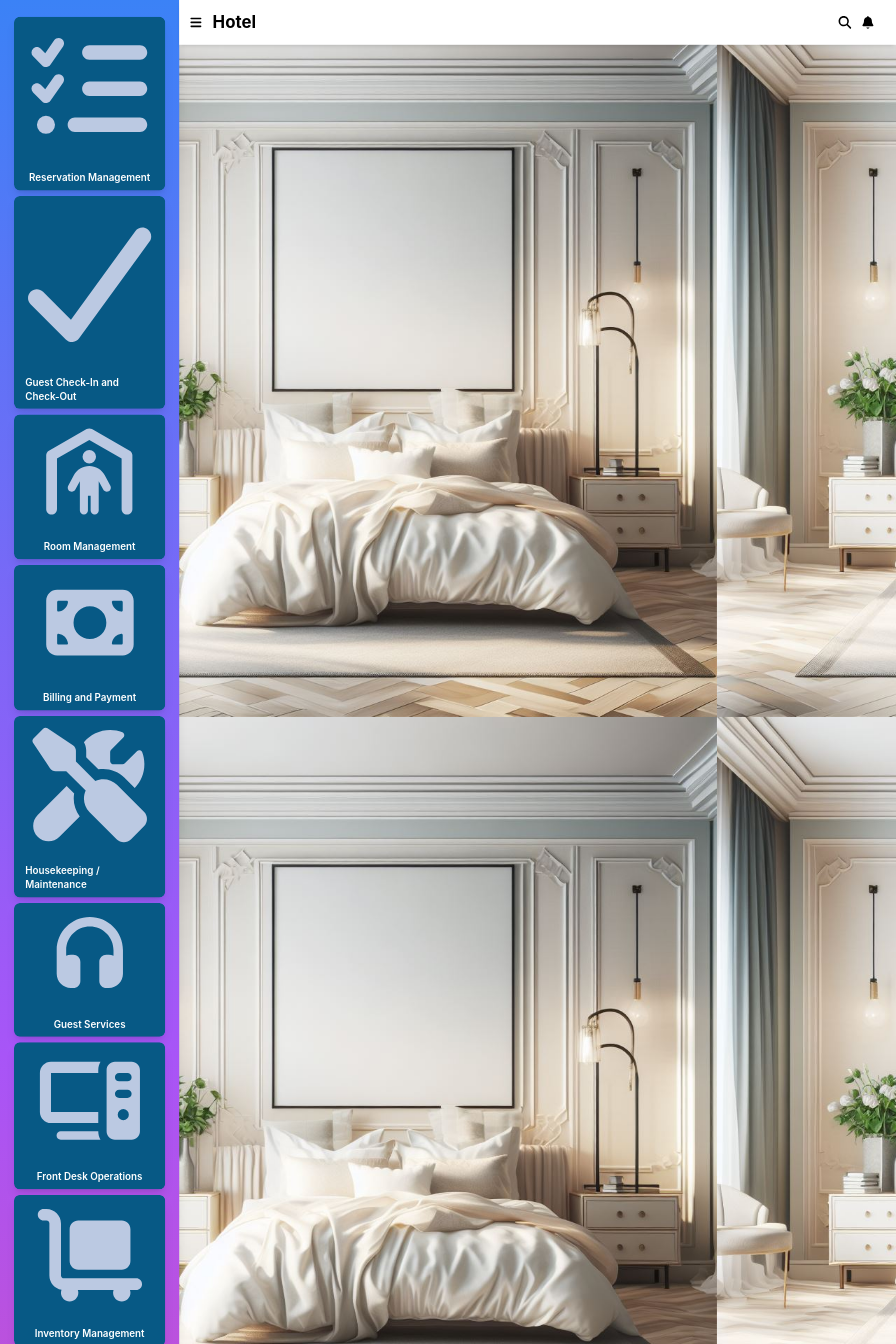
Repository: musabismael/Hotel
Page: /
The author's editor kept a copy of each file at every save. The page is drawn from the files as they stood at one save, then again after the next save.
The browser window is 1280 px wide. The pictures show the part of the page from y = 0 to 1920 px (the page is 3016 px tall before and 3095 px after), at 70% of full size.
The project was rebuilt for these pictures with package versions that can differ from the ones it lists, and the page was loaded fresh each time. Also part of the build but not shown: vite.config.js, src/App.css, src/pages/ReservationManagement.jsx, src/pages/GuestCheckInOut.jsx, src/pages/RoomManagement.jsx, src/pages/BillingPayment.jsx, src/pages/HousekeepingMaintenance.jsx, src/pages/GuestServices.jsx and 6 more.

Above is the page before, as saved 2023-10-01 19:06:25.

### index.html
<!doctype html>
<html lang="en">
  <head>
    <meta charset="UTF-8" />
    <link rel="icon" type="image/svg+xml" href="/vite.svg" />
    <meta name="viewport" content="width=device-width, initial-scale=1.0" />
    <title>Hotel</title>
  </head>
  <body>
    <div id="root"></div>
    <script type="module" src="/src/main.jsx"></script>
  </body>
</html>

### src/App.jsx
import "./App.css";
import { createBrowserRouter } from "react-router-dom";
import { RouterProvider } from "react-router";
import LandingPageLayout from "./layouts/LandingPageLayout";
import ReservationManagement from "./pages/ReservationManagement";
import GuestCheckInOut from "./pages/GuestCheckInOut";
import RoomManagement from "./pages/RoomManagement";
import BillingPayment from "./pages/BillingPayment";
import HousekeepingMaintenance from "./pages/HousekeepingMaintenance";
import GuestServices from "./pages/GuestServices";
import FrontDeskOperations from "./pages/FrontDeskOperations";
import InventoryManagement from "./pages/InventoryManagement";
import ReportingAnalytics from "./pages/ReportingAnalytics";
import SecurityAccessControl from "./pages/SecurityAccessControl";
import PointOfSale from "./pages/PointOfSale";
import CRM from "./pages/CRM"; // Import the CRM component
const router = createBrowserRouter([
  {
    path: "/",
    element: <LandingPageLayout />,
    children: [
      {
        path: "/reservation_management",
        element: <ReservationManagement />,
      },
      {
        path: "/guestCheckInOut",
        element: <GuestCheckInOut />,
      },
      {
        path: "/billing_and_payment",
        element: <BillingPayment />,
      },
      {
        path: "/room_management",
        element: <RoomManagement />,
      },
      {
        path: "/housekeeping_maintenance",
        element: <HousekeepingMaintenance />,
      },
      {
        path: "/guest_services",
        element: <GuestServices />,
      }, {
        path: "/desk_operations",
        element: <FrontDeskOperations />,
      }, {
        path: "/security_control",
        element: <SecurityAccessControl />,
      },
      {
        path: "/reporting_and_analytics",
        element: <ReportingAnalytics />,
      }, {
        path: "/inventory_management",
        element: <InventoryManagement />,
      },
      {
        path: "/pos",
        element: <PointOfSale />,
      },
      {
        path: "/crm",
        element: <CRM />,
      },
    ],
  },
]);

const App = () => <RouterProvider router={router} />;
export default App;

### src/index.css
@tailwind base;
@tailwind components;
@tailwind utilities;

:root {
  font-family: Inter, system-ui, Avenir, Helvetica, Arial, sans-serif;
  line-height: 1.5;
  font-weight: 400;
  background-image: url("cover.jpeg"), url("cover.jpeg");
  background-color:#397398;

  font-synthesis: none;
  text-rendering: optimizeLegibility;
  -webkit-font-smoothing: antialiased;
  -moz-osx-font-smoothing: grayscale;
  -webkit-text-size-adjust: 100%;
}

### src/layouts/LandingPageLayout.jsx
import { Outlet } from "react-router";
import Header from "../component/Header";
import Sidebar from "../component/Sidebar";
const LandingPageLayout = () => {
  return (
    <div className="flex #3d7c9f">
      <Sidebar />

      <div className="flex-1">
        <Header />
        <main className="p-4">
          <Outlet />
        </main>
      </div>
    </div>
  );
};

export default LandingPageLayout;

### src/component/Header.jsx
import { FontAwesomeIcon } from "@fortawesome/react-fontawesome";
import { faBars, faBell, faSearch } from "@fortawesome/free-solid-svg-icons";

function Header() {
  return (
    <header className="bg-white shadow-md p-4 flex justify-between items-center sticky top-0 w-full  ">
      <div className="flex items-center">
        <FontAwesomeIcon
          icon={faBars}
          className="text-black mr-4 text-lg color"
        />
        <h1 className="text-2xl font-bold text-black">Hotel</h1>
      </div>
      <div className="flex items-center">
        <FontAwesomeIcon icon={faSearch} className="text-black text-lg mr-4" />
        <FontAwesomeIcon icon={faBell} className="text-black text-lg mr-4" />

        {/* Add other icons or elements on the right side here */}
      </div>
    </header>
  );
}

export default Header;

### src/component/Sidebar.jsx
import Card from "./Card";
import {
  faPersonShelter,
  faListCheck,
  faCheck,
  faMoneyBill,
  faScrewdriverWrench,
  faHeadphones,
  faComputer,
  faCartFlatbed,
  faPersonMilitaryPointing,
  faChartBar,
  faKey,
  faBookmark,
} from "@fortawesome/free-solid-svg-icons";

const Sidebar = () => {
  const cardData = [
    {
      id: 1,
      title: "Reservation Management",
      description:
        "Online booking, availability calendar, and booking modification.",
      icon: faListCheck,
      link: "/reservation_management",
    },
    {
      id: 2,
      title: "Guest Check-In and Check-Out",
      description: "Guest registration, check-out, and key card issuance.",
      icon: faCheck,
      link: "/GuestCheckInOut",
    },
    {
      id: 3,
      title: "Room Management",
      description: "Room assignment, status updates, and inventory tracking.",
      icon: faPersonShelter,
      link: "/room_Management",
    },
    {
      id: 4,
      title: "Billing and Payment",
      description: "Invoicing, payment processing, and split billing.",
      icon: faMoneyBill,
      link: "/billing_and_payment",
    },
    {
      id: 5,
      title: "Housekeeping / Maintenance",
      description:
        "Housekeeping schedule, maintenance requests, and inventory management.",
      icon: faScrewdriverWrench,
      link: "/housekeeping_maintenance",
    },
    {
      id: 6,
      title: "Guest Services",
      description:
        "Concierge services, room service, wake-up calls, and laundry services.",
      icon: faHeadphones,
      link: "/guest_services",
    },
    {
      id: 7,
      title: "Front Desk Operations",
      description: "Guest inquiries, check-in/out, and guest profile access.",
      icon: faComputer,
      link: "/desk_operations",
    },
    {
      id: 8,
      title: "Inventory Management",
      description: "Managing hotel supplies and amenities.",
      icon: faCartFlatbed,
      link: "/inventory_management",
    },
    {
      id: 9,
      title: "Reporting and Analytics",
      description: "Generate reports on occupancy, revenue, and key metrics.",
      icon: faChartBar,
      link: "/reporting_and_analytics",
    },

    {
      id: 10,
      title: "Security and Access Control",
      description: "Surveillance camera integration and access control.",
      icon: faKey,
      link: "/security_control",
    },
    {
      id: 11,
      title: "Point of Sale (POS)",
      description:
        "Integration with on-site restaurants, bars, and gift shops.",
      icon: faBookmark,
      link: "/pos",
    },

    {
      id: 12,
      title: "Customer Relationship Management (CRM)",
      description: "Guest profiles, preferences, and loyalty programs.",
      icon: faPersonMilitaryPointing,
      link: "/crm",
    },

    // Add more service/feature objects here
  ];

  const handleCardClick = (id) => {
    console.log(`Card with ID ${id} clicked`);
  };
  return (
          <aside className="p-4 w-1/5 min-h-screen overflow-y-auto bg-gradient-to-b from-blue-500 via-purple-500 to-pink-500 shadow-lg">

      <nav>
        {cardData.map((card) => (
          <Card
            key={card.id}
            link={card.link}
            icon={card.icon}
            title={card.title}
            onClick={() => handleCardClick(card.id)}
          />
        ))}
      </nav>
    </aside>
  );
};

export default Sidebar;

### src/component/Card.jsx
import { Link } from "react-router-dom";
import { FontAwesomeIcon } from "@fortawesome/react-fontawesome";
function Card({ link, icon, title, onClick }) {
  return (
    <div
      className="max-w-sm  mx-1 my-2 cursor-pointer shadow-lg rounded-lg overflow-hidden hover:shadow-xl transition duration-300 transform hover:scale-105"
      onClick={onClick}
    >
      <div className="bg-sky-800 rounded-lg overflow-hidden shadow-lg flex flex-col items-center justify-center">
        <Link to={link} className="text-blue-600 hover:text-blue-800">
          <FontAwesomeIcon
            icon={icon}
            size="2xs"
            className=" w-auto p-5 h-auto object-cover"
            style={{ color: "#bbc9e2" }}
          />

          <div className="px-4 py-2 items-center">
            <h3 className=" text-white text-sm  flex flex-col text-ellipsis items-center font-semibold">
              {title}
            </h3>
            {/* Add more content or description here if needed */}
          </div>
        </Link>
      </div>
    </div>
  );
}

export default Card;

### tailwind.config.js
/** @type {import('tailwindcss').Config} */
export default {
  content: [
    "./index.html",
    "./src/**/*.{js,ts,jsx,tsx}",
  ],
  theme: {
    extend: {
      fontFamily: {
        'custom': ['CustomFont', 'sans'],
      },
      textColor: {
        'custom': '#333333', // Custom text color
      },
    },
  },
  plugins: [],
}

Loaded but not shown: src/main.jsx (common file)

After the next save:
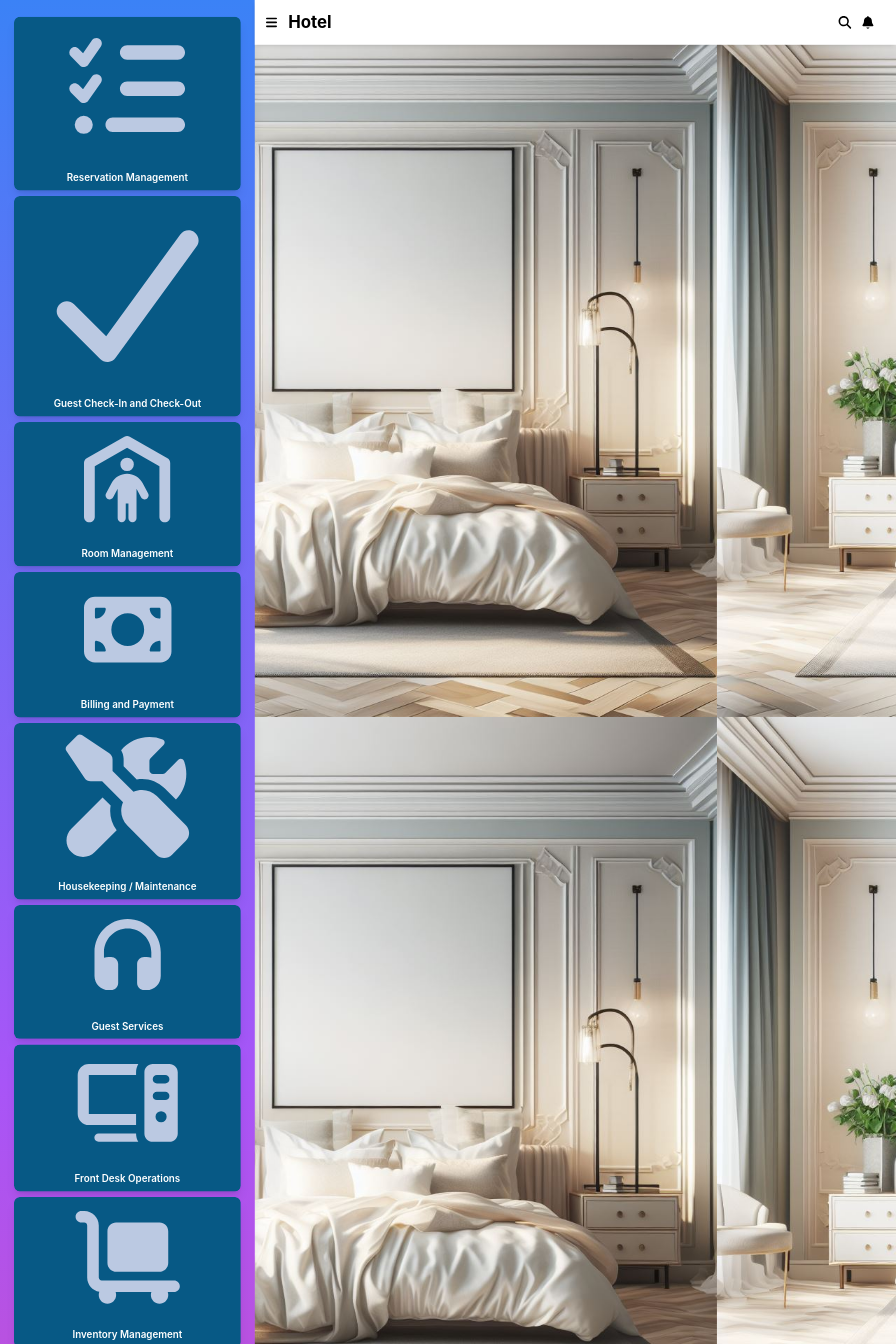
Saved 12 s later.
--- a/src/component/Sidebar.jsx
+++ b/src/component/Sidebar.jsx
@@ -114,7 +114,7 @@ const Sidebar = () => {
     console.log(`Card with ID ${id} clicked`);
   };
   return (
-          <aside className="p-4 w-1/5 min-h-screen overflow-y-auto bg-gradient-to-b from-blue-500 via-purple-500 to-pink-500 shadow-lg">
+          <aside className="p-4  min-h-screen overflow-y-auto bg-gradient-to-b from-blue-500 via-purple-500 to-pink-500 shadow-lg">
 
       <nav>
         {cardData.map((card) => (
